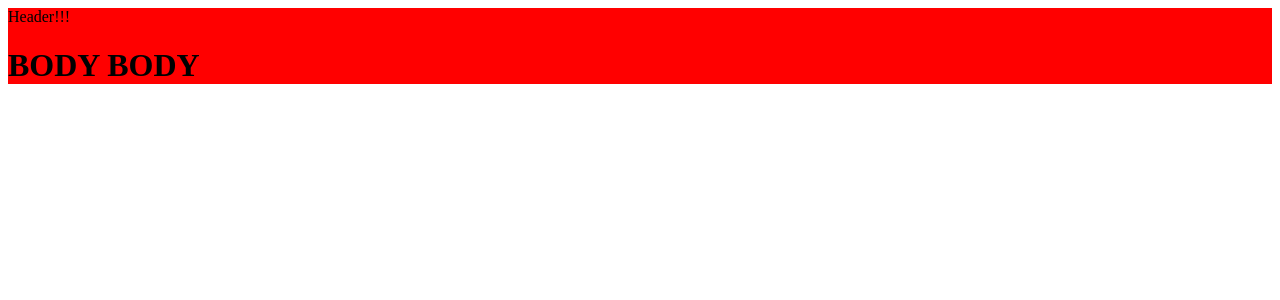
Repository: TakashiYamaguchi2021/samurai_HTML-CSS
Page: header.html
The author's editor kept a record of every edit. The page is drawn from the files as they stood at one moment, then again after the next edit.
The browser window is 1280 px wide. The pictures show the whole page.

Above is the page before.

### header.html
<!DOCTYPE html>
<html lang="ja">
    <head>
        <style>
            #header {
                background-color: red;
            }

        </style>
    </head>
    <body>
        <div id="header">
            Header!!!
        </header>
        <h1 class="size">BODY BODY</h1>
    </body>
</html>

After the next edit:
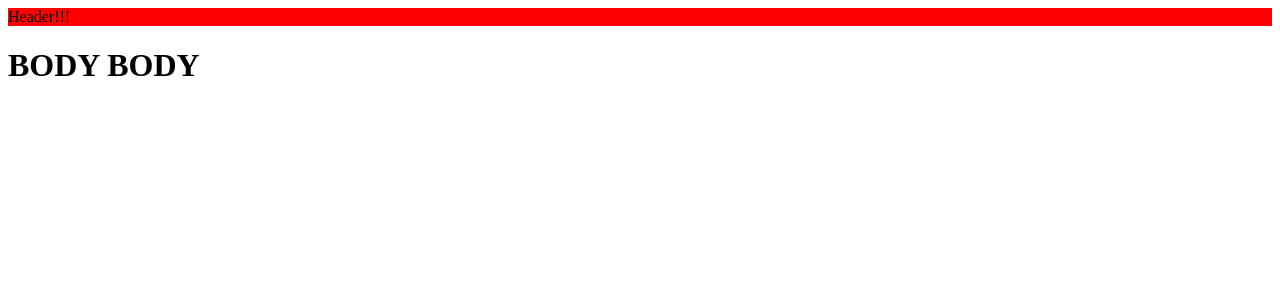
The edit:
--- a/header.html
+++ b/header.html
@@ -11,7 +11,7 @@
     <body>
         <div id="header">
             Header!!!
-        </header>
-        <h1 class="size">BODY BODY</h1>
+        </div>
+        <h1>BODY BODY</h1>
     </body>
 </html>
